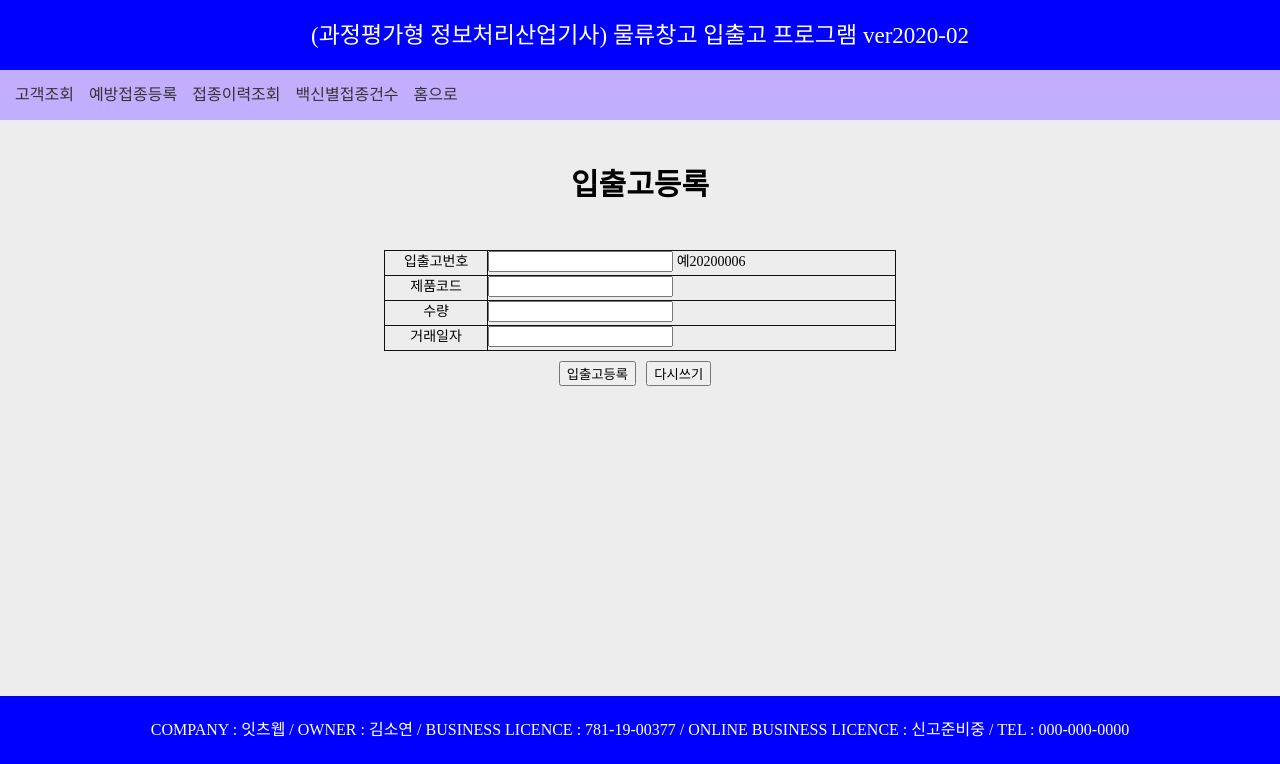
Repository: myeongwoo95/Engineer-Information-Processing
Page: http://localhost/Vaccination/insert.do
An editor plug-in stored every save of this project. The page is shown before and after the next save, followed by the edit.
The browser window is 1280 px wide. The pictures show the whole page.
The page is served by Tomcat 9. Other server files are loaded and not shown.

Above is the page before, as saved 2021-06-30 02:16:37.

### Vaccination/src/main/webapp/insert.jsp
<%@ page language="java" contentType="text/html; charset=UTF-8"
    pageEncoding="UTF-8"%>

<!DOCTYPE html>
<html>
<head>
	<meta charset="UTF-8">
    <meta http-equiv="X-UA-Compatible" content="IE=edge">
    <meta name="viewport" content="width=device-width, initial-scale=1.0">

    <link rel="stylesheet" href="css/reset.css">
	<link rel="stylesheet" href="css/common.css">
	<link rel="stylesheet" href="css/main.css">

	<title>예방접종등록</title>
</head>
<body>
	<%@include file="header.jsp"%>

	<section class="main-section insert-section">
		<h1>입출고등록</h1>
		<form name="myForm">
			<table>
				<tr>
					<th>입출고번호</th>
					<td>
						<input type="text" name="t_no" value="${maxTno }" readonly style="outline:0;">
						<span>예20200006</span>
					</td>
				</tr>

				<tr>
					<th>제품코드</th>
					<td><input type="text" name="p_code"></td>
				</tr>

				<tr>
					<th>수량</th>
					<td><input type="number" name="t_cnt"></td>
				</tr>

				<tr>
					<th>거래일자</th>
					<td><input type="text" name="t_date"></td>
				</tr>


			</table>

			<div class="btnlist">
				<input type="button" onclick="check()" value="입출고등록">
				<input type="button" onclick="remove()" value="다시쓰기">
			</div>

		</form>
	</section>
	<%@include file="footer.jsp"%>

</body>
</html>

### Vaccination/src/main/webapp/header.jsp
<%@ page language="java" contentType="text/html; charset=UTF-8"
    pageEncoding="UTF-8"%>
<%@ taglib uri="http://java.sun.com/jsp/jstl/core" prefix="c"%>
<%@ taglib uri="http://java.sun.com/jsp/jstl/fmt" prefix="fmt"%>
<%@ taglib uri="http://java.sun.com/jsp/jstl/functions" prefix="fn"%>

<header class="index-header">
	<h1>(과정평가형 정보처리산업기사) 물류창고 입출고 프로그램 ver2020-02</h1>
	<ul class="index-ul">
		<li><a href="view.do">고객조회</a></li>
		<li><a href="insert.do">예방접종등록</a></li>
		<li><a href="inputoutputlist.do">접종이력조회</a></li>
		<li><a href="saleslist.do">백신별접종건수</a></li>
		<li><a href="index.do">홈으로</a></li>
	</ul>
</header>

### Vaccination/src/main/webapp/footer.jsp
<%@ page language="java" contentType="text/html; charset=UTF-8"
    pageEncoding="UTF-8"%>

<footer class="index-footer">
	COMPANY : 잇츠웹 / OWNER : 김소연 / BUSINESS LICENCE : 781-19-00377 / ONLINE BUSINESS LICENCE : 신고준비중 / TEL : 000-000-0000
</footer>

### Vaccination/src/main/java/Controller/Controller.java
package Controller;

import java.io.IOException;

import javax.servlet.RequestDispatcher;
import javax.servlet.ServletException;
import javax.servlet.annotation.WebServlet;
import javax.servlet.http.HttpServlet;
import javax.servlet.http.HttpServletRequest;
import javax.servlet.http.HttpServletResponse;

@WebServlet("*.do")
public class Controller extends HttpServlet {
	private static final long serialVersionUID = 1L;
    public Controller() {
        super();
    }

	protected void doGet(HttpServletRequest request, HttpServletResponse response) throws ServletException, IOException {
		executeDO(request, response);
	}

	protected void doPost(HttpServletRequest request, HttpServletResponse response) throws ServletException, IOException {
		executeDO(request, response);
	}

	protected void executeDO(HttpServletRequest request, HttpServletResponse response) throws ServletException, IOException {
		String url = request.getRequestURI();
		String conText = request.getContextPath();
		String doExe = url.substring(conText.length());

		String viewPage = null;

		switch(doExe) {
		case "/index.do":
			viewPage = "index.jsp";
			break;

		case "/view.do":
			viewPage = "view.jsp";
			break;

		case "/insert.do":
			viewPage = "insert.jsp";
			break;

		}


		if(viewPage != null) {
			RequestDispatcher rd = request.getRequestDispatcher(viewPage);
			rd.forward(request, response);
		}

	}

}

### Vaccination/src/main/webapp/css/reset.css
@charset "UTF-8";

/* http://meyerweb.com/eric/tools/css/reset/
   v2.0 | 20110126
   License: none (public domain)
*/

html, body, div, span, applet, object, iframe,
h1, h2, h3, h4, h5, h6, p, blockquote, pre,
a, abbr, acronym, address, big, cite, code,
del, dfn, em, img, ins, kbd, q, s, samp,
small, strike, tt, var,
b, u, i, center,
dl, dt, dd, ol, ul, li,
fieldset, form, label, legend,
table, caption, tbody, tfoot, thead, tr, th, td,
article, aside, canvas, details, embed,
figure, figcaption, footer, header, hgroup,
menu, nav, output, ruby, section, summary,
time, mark, audio, video {
    margin: 0;
    padding: 0;
    border: 0;
    font-size: 100%;
    font: inherit;
    vertical-align: baseline;
}

/* HTML5 display-role reset for older browsers */
article, aside, details, figcaption, figure,
footer, header, hgroup, menu, nav, section {
    display: block;
}
body {
    line-height: 1;
}
ol, ul {
    list-style: none;
}
blockquote, q {
    quotes: none;
}
blockquote:before, blockquote:after,
q:before, q:after {
    content: '';
    content: none;
}
table {
    border-collapse: collapse;
    border-spacing: 0;
}

### Vaccination/src/main/webapp/css/common.css
/*================================================================
# margin
=================================================================*/
.mr-5 {margin-right: 5px;}
.ml-5 {margin-left: 5px;}
.mt-5 {margin-top: 5px;}
.mb-5 {margin-bottom: 5px;}
.mr-10 {margin-right: 10px;}
.ml-10 {margin-left: 10px;}
.mt-10 {margin-top: 10px;}
.mb-10 {margin-bottom: 10px;}
.mr-15 {margin-right: 15px;}
.ml-15 {margin-left: 15px;}
.mt-15 {margin-top: 15px;}
.mb-15 {margin-bottom: 15px;}
.mr-20 { margin-right: 20px;}
.ml-20 {margin-left: 20px;}
.mt-20 {margin-top: 20px;}
.mb-20 {margin-bottom: 20px;}
.mr-25 {margin-right: 25px;}
.ml-25 {margin-left: 25px;}
.mt-25 {margin-top: 25px;}
.mb-25 {margin-bottom: 25px;}
.mr-30 {margin-right: 30px;}
.ml-30 {margin-left: 30px;}
.mt-30 {margin-top: 30px;}
.mb-30 {margin-bottom: 30px;}
.mr-35 {margin-right: 35px;}
.ml-35 {margin-left: 35px;}
.mt-35 {margin-top: 35px;}
.mb-35 {margin-bottom: 35px;}
.mr-40 {margin-right: 40px;}
.ml-40 {margin-left: 40px;}
.mt-40 {margin-top: 40px;}
.mb-40 {margin-bottom: 40px;}
.mr-45 {margin-right: 45px;}
.ml-45 { margin-left: 45px;}
.mt-45 {margin-top: 45px;}
.mb-45 {margin-bottom: 45px;}
.mr-50 {margin-right: 50px;}
.ml-50 {margin-left: 50px;}
.mt-50 {margin-top: 50px;}
.mb-50 {margin-bottom: 50px;}
.mr-55 {margin-right: 55px;}
.ml-55 {margin-left: 55px;}
.mt-55 {margin-top: 55px;}
.mb-55 {margin-bottom: 55px;}
.mr-60 {margin-right: 60px;}
.ml-60 {margin-left: 60px;}
.mt-60 {margin-top: 60px;}
.mb-60{margin-bottom: 60;}
.mr-65 {margin-right: 65px;}
.ml-65 {margin-left: 65px;}
.mt-65 {margin-top: 65px;}
.mb-65 {margin-bottom: 65px;}
.mr-70 {margin-right: 70px;}
.ml-70 {margin-left: 70px;}
.mt-70 {margin-top: 70px;}
.mb-70 {margin-bottom: 70px;}
.mr-75 {margin-right: 75px;}
.ml-75 {margin-left: 75px;}
.mt-75 {margin-top: 75px;}
.mb-75 {margin-bottom: 75px;}
.mr-80 {margin-right: 80px;}
.ml-80 {margin-left: 80px;}
.mt-80 {margin-top: 80px;}
.mb-80 {margin-bottom: 80px;}
.mr-85 {margin-right: 85px;}
.ml-85 {margin-left: 85px;}
.mt-85 {margin-top:85px;}
.mb-85 {margin-bottom: 85px;}
.mr-90 {margin-right: 90px;}
.ml-90 {margin-left: 90px;}
.mt-90 {margin-top:90px;}
.mb-90 {margin-bottom: 90px;}
.mr-95 {margin-right: 95px;}
.ml-95 {margin-left: 95px;}
.mt-95 {margin-top: 95px;}
.mb-95 {margin-bottom: 95px;}
.mr-100 {margin-right: 100px;}
.ml-100 {margin-left: 100px;}
.mt-100 {margin-top: 100px;}
.mb-100 {margin-bottom: 100px;}
.mr-110 {margin-right: 110px;}
.ml-110 {margin-left: 110px;}
.mt-110 {margin-top:110px;}
.mb-110 {margin-bottom: 110px;}
.mr-120 {margin-right: 120px;}
.ml-120 {margin-left: 120px;}
.mt-120 {margin-top: 120px;}
.mb-120 {margin-bottom: 120px;}
.mr-130 {margin-right: 130px;}
.ml-130 {margin-left: 130px;}
.mt-130 {margin-top: 130px;}
.mb-130 {margin-bottom: 130px;}
.mr-140 {margin-right: 140px;}
.ml-140 {margin-left: 140px;}
.mt-140 {margin-top:140px;}
.mb-140 {margin-bottom: 140px;}
.mr-150 {margin-right: 150px;}
.ml-150 {margin-left: 150px;}
.mt-150 {margin-top: 150px;}
.mb-150 {margin-bottom: 150px;}
.mr-160 {margin-right: 160px;}
.ml-160 {margin-left: 160px;}
.mt-160 {margin-top:160px;}
.mb-160 {margin-bottom: 160px;}
.mr-170 {margin-right: 170px;}
.ml-170 {margin-left: 170px;}
.mt-170 {margin-top:170px;}
.mb-170 {margin-bottom: 170px;}
.mr-180 {margin-right: 180px;}
.ml-180 {margin-left: 180px;}
.mt-180 {margin-top:180px;}
.mb-180 {margin-bottom: 180px;}
.mr-190 {margin-right: 190px;}
.ml-190 {margin-left: 190px;}
.mt-190 {margin-top:190px;}
.mb-190 {margin-bottom: 190px;}
.mr-200 {margin-right: 200px;}
.ml-200 {margin-left: 200px;}
.mt-200 {margin-top:200px;}
.mb-200 {margin-bottom: 200px;}
.mr-210 {margin-right: 210px;}
.ml-210 {margin-left: 210px;}
.mt-210 {margin-top:210px;}
.mb-210 {margin-bottom: 210px;}
.mr-220 {margin-right: 220px;}
.ml-220 {margin-left: 220px;}
.mt-220 {margin-top: 220px;}
.mb-220 {margin-bottom: 220px;}
.mr-230 {margin-right: 230px;}
.ml-230 {margin-left: 230px;}
.mt-230 {margin-top: 230px;}
.mb-230 {margin-bottom: 230px;}
.mr-240 {margin-right: 240px;}
.ml-240 {margin-left: 240px;}
.mt-240 {margin-top: 240px;}
.mb-240 {margin-bottom: 240px;}
.mr-250 {margin-right: 250px;}
.ml-250 {margin-left: 250px;}
.mt-250 {margin-top: 250px;}
.mb-250 {margin-bottom: 250px;}
.mr-260 {margin-right: 260px;}
.ml-260 {margin-left: 260px;}
.mt-260 {margin-top: 260px;}
.mb-260 {margin-bottom: 260px;}
.mr-270 {margin-right: 270px;}
.ml-270 {margin-left: 270px;}
.mt-270 {margin-top: 270px;}
.mb-270 {margin-bottom: 270px;}
.mr-280 {margin-right: 280px;}
.ml-280 {margin-left: 280px;}
.mt-280 {margin-top: 280px;}
.mb-280 {margin-bottom: 280px;}
.mr-290 {margin-right: 290px;}
.ml-290 {margin-left: 290px;}
.mt-290 {margin-top: 290px;}
.mb-290 {margin-bottom: 290px;}
.mr-300 {margin-right: 300px;}
.ml-300 {margin-left: 300px;}
.mt-300 {margin-top: 300px;}
.mb-300 {margin-bottom: 300px;}

/*================================================================
# padding
=================================================================*/
.pr-5 {padding-right: 5px;}
.pl-5 {padding-left: 5px;}
.pt-5 {padding-top: 5px;}
.pb-5 {padding-bottom: 5px;}
.pr-10 {padding-right: 10px;}
.pl-10 {padding-left: 10px;}
.pt-10 {padding-top: 10px;}
.pb-10 {padding-bottom: 10px;}
.pr-15 {padding-right: 15px;}
.pl-15 {padding-left: 15px;}
.pt-15 {padding-top: 15px;}
.pb-15 {padding-bottom: 15px;}
.pr-20 { padding-right: 20px;}
.pl-20 {padding-left: 20px;}
.pt-20 {padding-top: 20px;}
.pb-20 {padding-bottom: 20px;}
.pr-25 {padding-right: 25px;}
.pl-25 {padding-left: 25px;}
.pt-25 {padding-top: 25px;}
.pb-25 {padding-bottom: 25px;}
.pr-30 {padding-right: 30px;}
.pl-30 {padding-left: 30px;}
.pt-30 {padding-top: 30px;}
.pb-30 {padding-bottom: 30px;}
.pr-35 {padding-right: 35px;}
.pl-35 {padding-left: 35px;}
.pt-35 {padding-top: 35px;}
.pb-35 {padding-bottom: 35px;}
.pr-40 {padding-right: 40px;}
.pl-40 {padding-left: 40px;}
.pt-40 {padding-top: 40px;}
.pb-40 {padding-bottom: 40px;}
.pr-45 {padding-right: 45px;}
.pl-45 { padding-left: 45px;}
.pt-45 {padding-top: 45px;}
.pb-45 {padding-bottom: 45px;}
.pr-50 {padding-right: 50px;}
.pl-50 {padding-left: 50px;}
.pt-50 {padding-top: 50px;}
.pb-50 {padding-bottom: 50px;}
.pr-55 {padding-right: 55px;}
.pl-55 {padding-left: 55px;}
.pt-55 {padding-top: 55px;}
.pb-55 {padding-bottom: 55px;}
.pr-60 {padding-right: 60px;}
.pl-60 {padding-left: 60px;}
.pt-60 {padding-top: 60px;}
.pb-60 {padding-bottom: 60;}
.pr-65 {padding-right: 65px;}
.pl-65 {padding-left: 65px;}
.pt-65 {padding-top: 65px;}
.pb-65 {padding-bottom: 65px;}
.pr-70 {padding-right: 70px;}
.pl-70 {padding-left: 70px;}
.pt-70 {padding-top: 70px;}
.pb-70 {padding-bottom: 70px;}
.pr-75 {padding-right: 75px;}
.pl-75 {padding-left: 75px;}
.pt-75 {padding-top: 75px;}
.pb-75 {padding-bottom: 75px;}
.pr-80 {padding-right: 80px;}
.pl-80 {padding-left: 80px;}
.pt-80 {padding-top: 80px;}
.pb-80 {padding-bottom: 80px;}
.pr-85 {padding-right: 85px;}
.pl-85 {padding-left: 85px;}
.pt-85 {padding-top:85px;}
.pb-85 {padding-bottom: 85px;}
.pr-90 {padding-right: 90px;}
.pl-90 {padding-left: 90px;}
.pt-90 {padding-top:90px;}
.pb-90 {padding-bottom: 90px;}
.pr-95 {padding-right: 95px;}
.pl-95 {padding-left: 95px;}
.pt-95 {padding-top: 95px;}
.pb-95 {padding-bottom: 95px;}
.pr-100 {padding-right: 100px;}
.pl-100 {padding-left: 100px;}
.pt-100 {padding-top: 100px;}
.pb-100 {padding-bottom: 100px;}
.pr-110 {padding-right: 110px;}
.pl-110 {padding-left: 110px;}
.pt-110 {padding-top:110px;}
.pb-110 {padding-bottom: 110px;}
.pr-120 {padding-right: 120px;}
.pl-120 {padding-left: 120px;}
.pt-120 {padding-top: 120px;}
.pb-120 {padding-bottom: 120px;}
.pr-130 {padding-right: 130px;}
.pl-130 {padding-left: 130px;}
.pt-130 {padding-top: 130px;}
.pb-130 {padding-bottom: 130px;}
.pr-140 {padding-right: 140px;}
.pl-140 {padding-left: 140px;}
.pt-140 {padding-top:140px;}
.pb-140 {padding-bottom: 140px;}
.pr-150 {padding-right: 150px;}
.pl-150 {padding-left: 150px;}
.pt-150 {padding-top: 150px;}
.pb-150 {padding-bottom: 150px;}
.pr-160 {padding-right: 160px;}
.pl-160 {padding-left: 160px;}
.pt-160 {padding-top:160px;}
.pb-160 {padding-bottom: 160px;}
.pr-170 {padding-right: 170px;}
.pl-170 {padding-left: 170px;}
.pt-170 {padding-top:170px;}
.pb-170 {padding-bottom: 170px;}
.pr-180 {padding-right: 180px;}
.pl-180 {padding-left: 180px;}
.pt-180 {padding-top:180px;}
.pb-180 {padding-bottom: 180px;}
.pr-190 {padding-right: 190px;}
.pl-190 {padding-left: 190px;}
.pt-190 {padding-top:190px;}
.pb-190 {padding-bottom: 190px;}
.pr-200 {padding-right: 200px;}
.pl-200 {padding-left: 200px;}
.pt-200 {padding-top:200px;}
.pb-200 {padding-bottom: 200px;}
.pr-210 {padding-right: 210px;}
.pl-210 {padding-left: 210px;}
.pt-210 {padding-top:210px;}
.pb-210 {padding-bottom: 210px;}
.pr-220 {padding-right: 220px;}
.pl-220 {padding-left: 220px;}
.pt-220 {padding-top: 220px;}
.pb-220 {padding-bottom: 220px;}
.pr-230 {padding-right: 230px;}
.pl-230 {padding-left: 230px;}
.pt-230 {padding-top: 230px;}
.pb-230 {padding-bottom: 230px;}
.pr-240 {padding-right: 240px;}
.pl-240 {padding-left: 240px;}
.pt-240 {padding-top: 240px;}
.pb-240 {padding-bottom: 240px;}
.pr-250 {padding-right: 250px;}
.pl-250 {padding-left: 250px;}
.pt-250 {padding-top: 250px;}
.pb-250 {padding-bottom: 250px;}
.pr-260 {padding-right: 260px;}
.pl-260 {padding-left: 260px;}
.pt-260 {padding-top: 260px;}
.pb-260 {padding-bottom: 260px;}
.pr-270 {padding-right: 270px;}
.pl-270 {padding-left: 270px;}
.pt-270 {padding-top: 270px;}
.pb-270 {padding-bottom: 270px;}
.pr-280 {padding-right: 280px;}
.pl-280 {padding-left: 280px;}
.pt-280 {padding-top: 280px;}
.pb-280 {padding-bottom: 280px;}
.pr-290 {padding-right: 290px;}
.pl-290 {padding-left: 290px;}
.pt-290 {padding-top: 290px;}
.pb-290 {padding-bottom: 290px;}
.pr-300 {padding-right: 300px;}
.pl-300 {padding-left: 300px;}
.pt-300 {padding-top: 300px;}
.pb-300 {padding-bottom: 300px;}

/*================================================================
# clearfix
=================================================================*/
.clearfix::after{
    content: "";
    clear: both;
    display: block;
}
.float--left{
    float: left;
}
.float--right{
    float: right;
}

/*================================================================
# box-sizing
=================================================================*/
*,
*::before,
*::after {
  box-sizing: border-box;
}

/*================================================================
# IR 기법
=================================================================*/
/* 의미있는 이미지의 대체 텍스트를 제공하는 경우 */
/* 의미있는 이미지의 대체 텍스트로 이미지가 없어도 대체 텍스트를 보여주고자 할 때 */
/* 대체 텍스트가 아닌 접근성을 위한 숨김 텍스트를 제공할 때 */
.ir_pm {display: block; overflow: hidden; font-size: 0; line-height: 0; text-indent: -9999px;}
.ir_wa {display: block; overflow: hidden; position: relative; z-index: -1; width: 100%; height: 100%;}
.ir_su {overflow: hidden; position: absolute; width: 0; height: 0; line-height: 0; text-indent: -9999px;}

/*================================================================
# input-text
=================================================================*/
.input--text{
   height: 34px;
   padding: 0 12px;
   border: 1px solid #ddd;
   border-radius: 5px;
   box-sizing: border-box;
   outline: none;
   box-shadow: inset 0 1px 12px rgba(0, 0, 0, 0.075);
   font-size: 16px;
}

.input--text:focus{
    border-color: #51a7e8;
    box-shadow: 0 0 5px rgba(81, 167, 232, 0.5),
                inset 0 1px 12px rgba(0, 0, 0, 0.075);
 }

/* vendor Prefix for input-text*/
.input--text::-webkit-input-placeholder { color: #cacaca }
.input--text::-ms-input-placeholder { color: #cacaca }
.input--text::-moz-input-placeholder { color: #cacaca }

/*================================================================
# text-indent
=================================================================*/
.text-indent5 {text-indent: 5px;}
.text-indent10 {text-indent: 10px;}
.text-indent15 {text-indent: 15px;}
.text-indent20 {text-indent: 20px;}
.text-indent25 {text-indent: 25px;}
.text-indent30 {text-indent: 30px;}
.text-indent35 {text-indent: 35px;}
.text-indent40 {text-indent: 40px;}
.text-indent45 {text-indent: 45px;}
.text-indent50 {text-indent: 50px;}

/*================================================================
# font-weight
=================================================================*/
.fw-400 {font-weight: 400;}
.fw-500 {font-weight: 500;}
.fw-600 {font-weight: 600;}
.fw-700 {font-weight: 700;}
.fw-800 {font-weight: 800;}
.fw-900 {font-weight: 900;}

/*================================================================
# font-size
=================================================================*/
.fz-12 {font-size: 12px;}
.fz-13 {font-size: 13px;}
.fz-14 {font-size: 14px;}
.fz-15 {font-size: 15px;}
.fz-16 {font-size: 16px;}
.fz-17 {font-size: 17px;}
.fz-18 {font-size: 18px;}
.fz-19 {font-size: 19px;}
.fz-20 {font-size: 20px;}
.fz-21 {font-size: 21px;}
.fz-22 {font-size: 22px;}
.fz-23 {font-size: 23px;}
.fz-24 {font-size: 24px;}
.fz-25 {font-size: 25px;}
.fz-26 {font-size: 26px;}
.fz-27 {font-size: 27px;}
.fz-28 {font-size: 28px;}
.fz-29 {font-size: 29px;}
.fz-30 {font-size: 30px;}

### Vaccination/src/main/webapp/css/main.css
@charset "UTF-8";

body{
	font-size: 14px;
	font-weight: 400;
}

/*================================================================
# index
=================================================================*/
/* index header */
.index-header h1{
	background: blue;
	height: 70px;
	font-size: 23px;
	display: flex;
	justify-content: center;
	align-items: center;
	color: #fff;
}

.index-header ul{
	background: rgb(193,174,253);
	display: flex;
	height: 50px;
	align-items: center;
}

.index-header ul li {
	margin-left: 15px;
}

.index-header ul li a{
	text-decoration: none;
	color: #333;
	font-size: 16px;
	font-weight: 500;
}

/* index section */
.main-section{
	height: 80vh;
	background: rgb(237,237,237);
}

.index-section h2{
	font-size: 30px;
	color: #333;
	text-align: center;
	padding-top: 50px;
	margin-bottom: 50px;
	font-weight: 800;
}

.index-section p{
	font-size : 15px;
	font-weight: 500;
	margin-left: 10px;
	margin-bottom: 20px;
}

/* index footer */
.index-footer{
	height: 68px;
	background: blue;
	display: flex;
	justify-content: center;
	align-items: center;
	color: white;
	font-size: 16px;
	font-weight: 500;
}

/*================================================================
# view
=================================================================*/
.view-section h1{
	text-align: center;
	font-size: 30px;
	font-weight: 800;
	padding-top: 50px;
	margin-bottom: 50px;
}

.view-section table{
	border: 1px solid #111;
	width: 40%;
	margin: 0 auto;
	padding-top: 50px;
}

.view-section table th{
	text-align: center;
	height: 25px;
	border: 1px solid #111;
	vertical-align: center;
}

.view-section table td{
	text-align: center;
	height: 25px;
	border: 1px solid #111;
	vertical-align: center;
}

/*================================================================
# insert
=================================================================*/
.insert-section h1{
	text-align: center;
	font-size: 30px;
	font-weight: 800;
	padding-top: 50px;
	margin-bottom: 50px;
}

.insert-section table{
	border: 1px solid #111;
	width: 40%;
	margin: 0 auto;
	padding-top: 50px;
}

.insert-section table th{
	text-align: center;
	height: 25px;
	border: 1px solid #111;
	vertical-align: center;
}

.insert-section table td{
	text-align: left;
	height: 25px;
	border: 1px solid #111;
	vertical-align: center;
}

.insert-section .btnlist{
	margin-top:10px;
	display: flex;
	justify-content: center;
}

.insert-section .btnlist input{
	margin-right: 10px;
}

/*================================================================
# inputoutputlist
=================================================================*/
.inputoutputlist-section h1{
	text-align: center;
	font-size: 30px;
	font-weight: 800;
	padding-top: 50px;
	margin-bottom: 50px;
}

.inputoutputlist-section table{
	border: 1px solid #111;
	width: 40%;
	margin: 0 auto;
	padding-top: 50px;
}

.inputoutputlist-section table th{
	text-align: center;
	height: 25px;
	border: 1px solid #111;
	vertical-align: center;
}

.inputoutputlist-section table td{
	text-align: center;
	height: 25px;
	border: 1px solid #111;
	vertical-align: center;
}

/*================================================================
# saleslist
=================================================================*/

.saleslist-section h1{
	text-align: center;
	font-size: 30px;
	font-weight: 800;
	padding-top: 50px;
	margin-bottom: 50px;
}

.saleslist-section table{
	border: 1px solid #111;
	width: 40%;
	margin: 0 auto;
	padding-top: 50px;
}

.saleslist-section table th{
	text-align: center;
	height: 25px;
	border: 1px solid #111;
	vertical-align: center;
}

.saleslist-section table th:last-child{
	text-align: right;
}

.saleslist-section table td{
	text-align: center;
	height: 25px;
	border: 1px solid #111;
	vertical-align: center;
}

.saleslist-section table td:last-child{
	text-align: right;
}

After the next save:
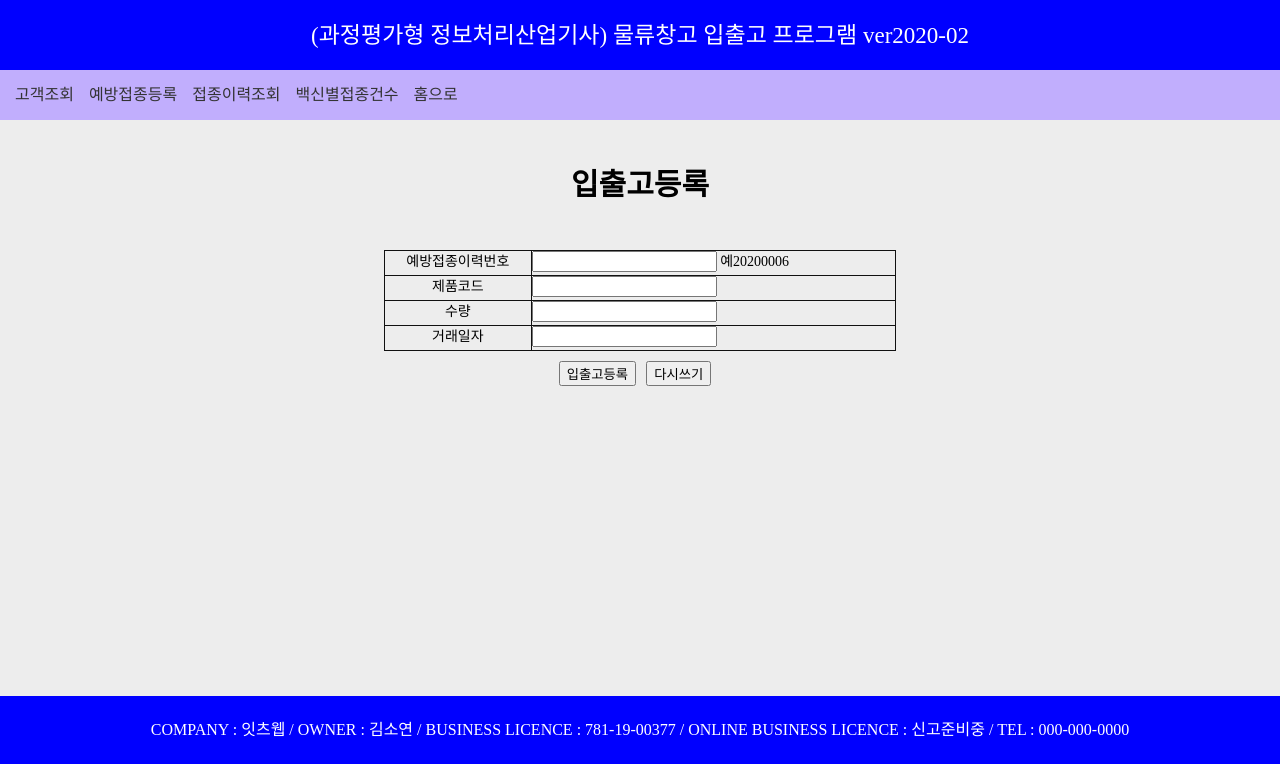
Saved 10 s later.
--- a/Vaccination/src/main/webapp/insert.jsp
+++ b/Vaccination/src/main/webapp/insert.jsp
@@ -22,7 +22,7 @@
 		<form name="myForm">
 			<table>
 				<tr>
-					<th>입출고번호</th>
+					<th>예방접종이력번호</th>
 					<td>
 						<input type="text" name="t_no" value="${maxTno }" readonly style="outline:0;">
 						<span>예20200006</span>
